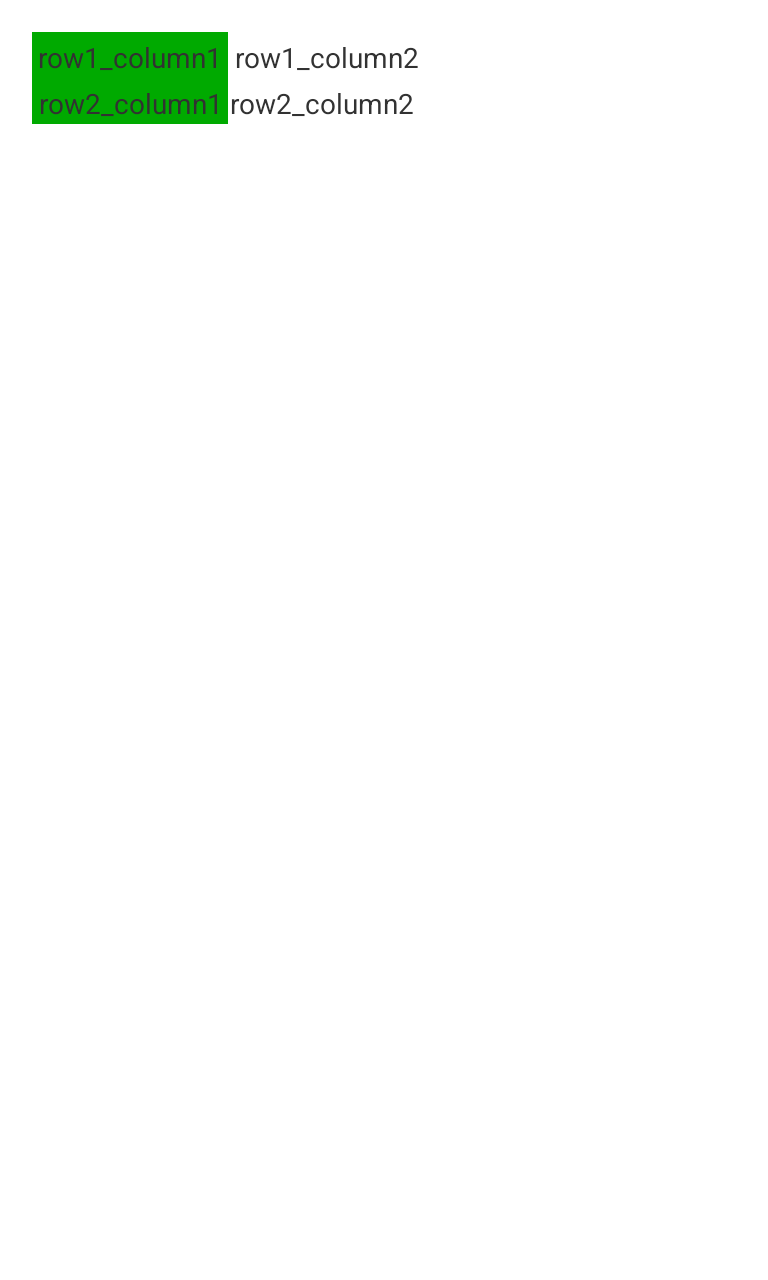
Repository: HouJun11220033/Android
Layout: Layout_02/res/layout/main.xml
The author's editor kept a copy of each file at every save. The layout is drawn from the files as they stood at one save, then again after the next save.
It is drawn on a 768 x 1280 px phone screen (xhdpi) without system bars, with theme AppTheme; the app's code is not run.

Above is the layout before, as saved 2016-09-15 13:32:48.

After the next save:
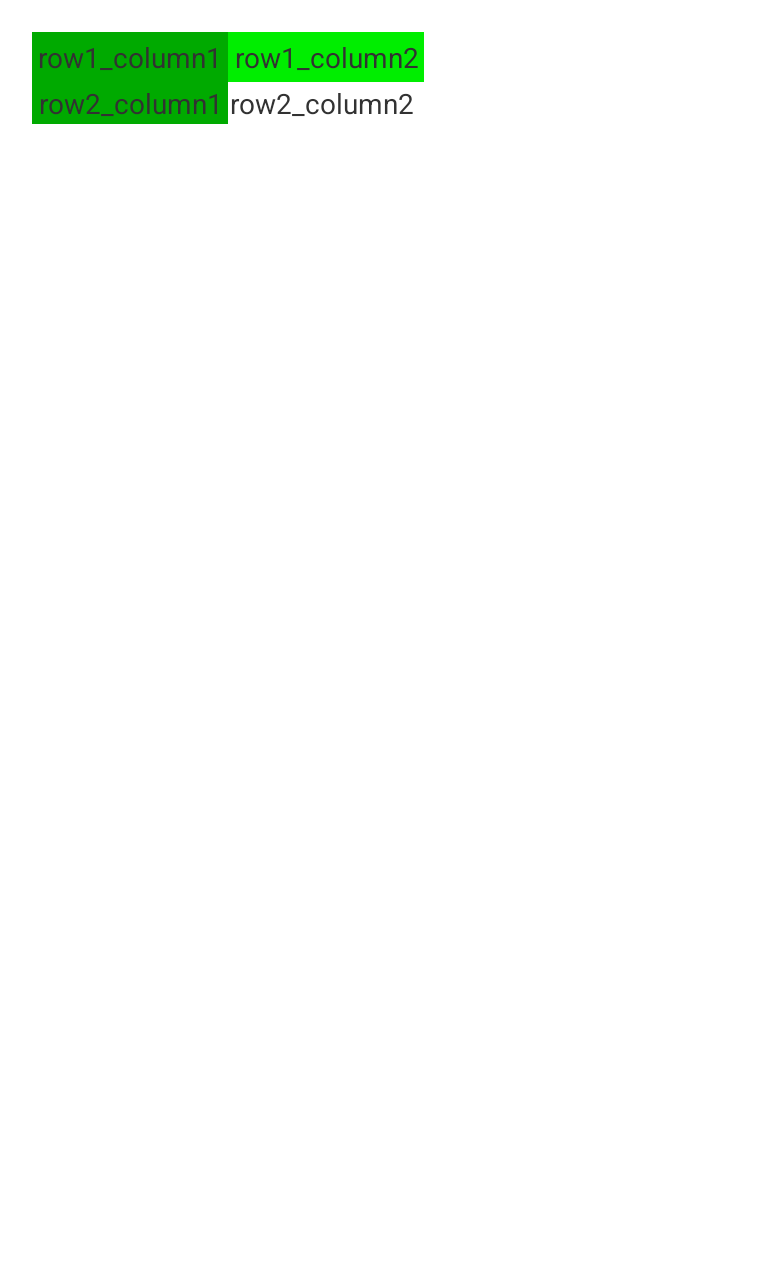
Saved 22 s later.
--- a/Layout_02/res/layout/main.xml
+++ b/Layout_02/res/layout/main.xml
@@ -22,6 +22,7 @@
             android:text="@string/row1_column1" />
 
         <TextView
+            android:background="#00ee00"
             android:gravity="center_horizontal"
             android:padding="3dip"
             android:text="@string/row1_column2" />
